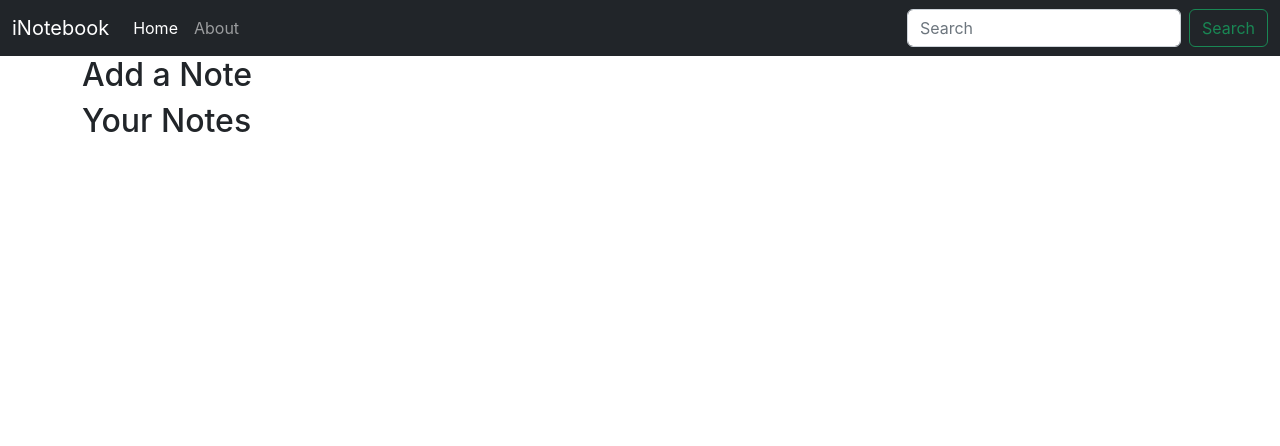
Repository: SatishPatil108/iNotebook-React
Page: /
An editor plug-in stored every save of this project. The page is shown before and after the next save, followed by the edit.
The browser window is 1280 px wide. The pictures show the whole page.
The project was rebuilt for these pictures with package versions that can differ from the ones it lists, and the page was loaded fresh each time. Also part of the build but not shown: src/App.css, src/components/About.js.

Above is the page before, as saved 2022-07-23 17:35:32.

### public/index.html
<!DOCTYPE html>
<html lang="en">

<head>
  <meta charset="utf-8" />
  <link rel="icon" href="%PUBLIC_URL%/favicon.ico" />
  <meta name="viewport" content="width=device-width, initial-scale=1" />
  <meta name="theme-color" content="#000000" />
  <meta name="description" content="Web site created using create-react-app" />
  <link rel="apple-touch-icon" href="%PUBLIC_URL%/logo192.png" />

  <link rel="manifest" href="%PUBLIC_URL%/manifest.json" />
  <link href="https://cdn.jsdelivr.net/npm/bootstrap@5.2.0/dist/css/bootstrap.min.css" rel="stylesheet"
    integrity="sha384-gH2yIJqKdNHPEq0n4Mqa/HGKIhSkIHeL5AyhkYV8i59U5AR6csBvApHHNl/vI1Bx" crossorigin="anonymous">

  <title>iNotebook - Your Notes Secured in the Cloud</title>
</head>

<body>
  <noscript>You need to enable JavaScript to run this app.</noscript>
  <div id="root"></div>
  <script src="https://cdn.jsdelivr.net/npm/@popperjs/core@2.11.5/dist/umd/popper.min.js"
    integrity="sha384-Xe+8cL9oJa6tN/veChSP7q+mnSPaj5Bcu9mPX5F5xIGE0DVittaqT5lorf0EI7Vk"
    crossorigin="anonymous"></script>
  <script src="https://cdn.jsdelivr.net/npm/bootstrap@5.2.0/dist/js/bootstrap.min.js"
    integrity="sha384-ODmDIVzN+pFdexxHEHFBQH3/9/vQ9uori45z4JjnFsRydbmQbmL5t1tQ0culUzyK"
    crossorigin="anonymous"></script>

</body>

</html>

### src/App.js
import './App.css';
import {
  BrowserRouter as Router,
  Routes,
  Route
} from "react-router-dom";
import Navbar from './components/Navbar';
import Home from './components/Home';
import About from './components/About';
import NoteState from './context/notes/NoteState';

function App() {
  return (
    <>
      <NoteState>
        <Router>
          <Navbar />
          <div className="container">
            <Routes>
              <Route exact path="/" element={<Home />}></Route>
              <Route exact path="/about" element={<About />}></Route>
            </Routes>
          </div>
        </Router>
      </NoteState>
    </>
  );
}

export default App;

### src/components/Navbar.js
import React, { useEffect } from 'react'
import { Link, useLocation } from "react-router-dom";

const Navbar = () => {

    let location = useLocation();
    useEffect(() => {
        console.log(location.pathname);
    }, [location]);
    return (
        <div>
            <nav className="navbar navbar-expand-lg navbar-dark  bg-dark">
                <div className="container-fluid">
                    <Link className="navbar-brand" to="/">iNotebook</Link>
                    <button className="navbar-toggler" type="button" data-bs-toggle="collapse" data-bs-target="#navbarSupportedContent" aria-controls="navbarSupportedContent" aria-expanded="false" aria-label="Toggle navigation">
                        <span className="navbar-toggler-icon"></span>
                    </button>
                    <div className="collapse navbar-collapse" id="navbarSupportedContent">
                        <ul className="navbar-nav me-auto mb-2 mb-lg-0">
                            <li className="nav-item">
                                <Link className={`nav-link ${location.pathname === "/" ? "active" : ""}`} aria-current="page" to="/">Home</Link>
                            </li>
                            <li className="nav-item">
                                <Link className={`nav-link ${location.pathname === "/about" ? "active" : ""}`} to="/about">About</Link>
                            </li>
                        </ul>
                        <form className="d-flex" role="search">
                            <input className="form-control me-2" type="search" placeholder="Search" aria-label="Search" />
                            <button className="btn btn-outline-success" type="submit">Search</button>
                        </form>
                    </div>
                </div>
            </nav>
        </div>
    )
}

export default Navbar

### src/components/Home.js
import React from 'react'

const Home = () => {
    return (
        <div>
            <h2>Add a Note</h2>
            <h2>Your Notes</h2>
        </div>
    )
}

export default Home

### src/context/notes/NoteState.js
import NoteContext from "./noteContext";
const NoteState = (props) => {



    return (
        <NoteContext.Provider value={{}}>
            {props.children}
        </NoteContext.Provider>
    )
}

export default NoteState;

Loaded but not shown: src/index.js (common file); src/index.css (common file); src/context/notes/noteContext.js (common file)

After the next save:
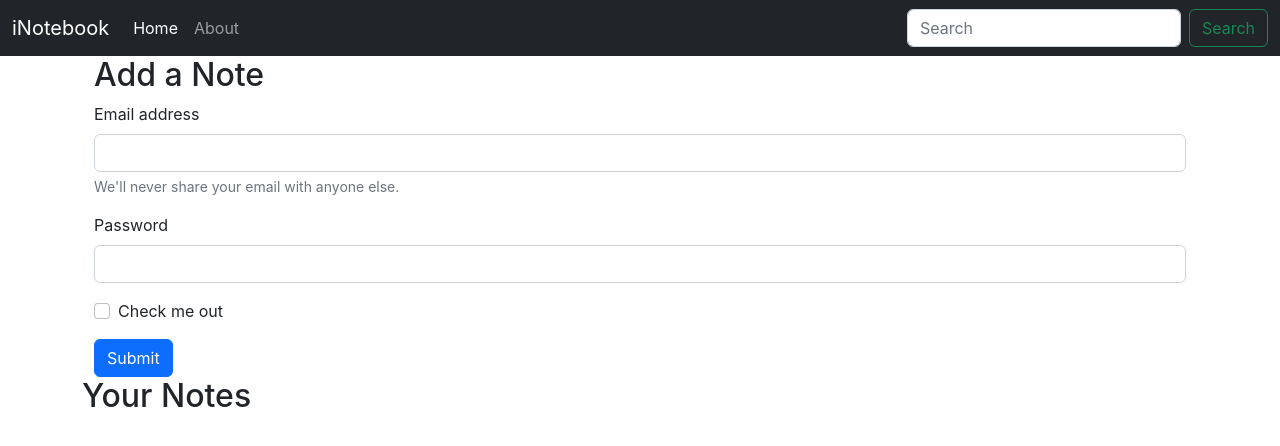
Saved 106 s later.
--- a/src/components/Home.js
+++ b/src/components/Home.js
@@ -3,7 +3,25 @@
 const Home = () => {
     return (
         <div>
-            <h2>Add a Note</h2>
+            <div className="container">
+                <h2>Add a Note</h2>
+                <form>
+                    <div className="mb-3">
+                        <label for="exampleInputEmail1" className="form-label">Email address</label>
+                        <input type="email" className="form-control" id="exampleInputEmail1" aria-describedby="emailHelp" />
+                        <div id="emailHelp" className="form-text">We'll never share your email with anyone else.</div>
+                    </div>
+                    <div className="mb-3">
+                        <label for="exampleInputPassword1" className="form-label">Password</label>
+                        <input type="password" className="form-control" id="exampleInputPassword1" />
+                    </div>
+                    <div className="mb-3 form-check">
+                        <input type="checkbox" className="form-check-input" id="exampleCheck1" />
+                        <label className="form-check-label" for="exampleCheck1">Check me out</label>
+                    </div>
+                    <button type="submit" className="btn btn-primary">Submit</button>
+                </form>
+            </div>
             <h2>Your Notes</h2>
         </div>
     )
